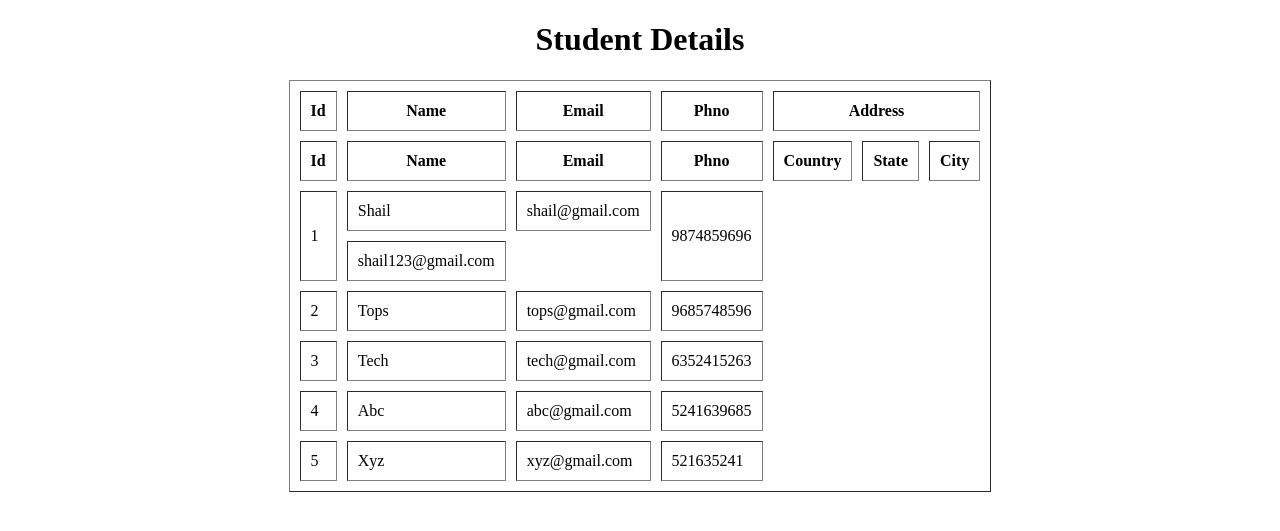
Repository: Chintan-elite/Java_Shail
Page: Learning_web/src/main/webapp/Table.html
The author's editor kept a copy of each file at every save. The page is drawn from the files as they stood at one save, then again after the next save.
The browser window is 1280 px wide. The pictures show the whole page.

Above is the page before, as saved 2023-09-11 11:54:08.

After the next save:
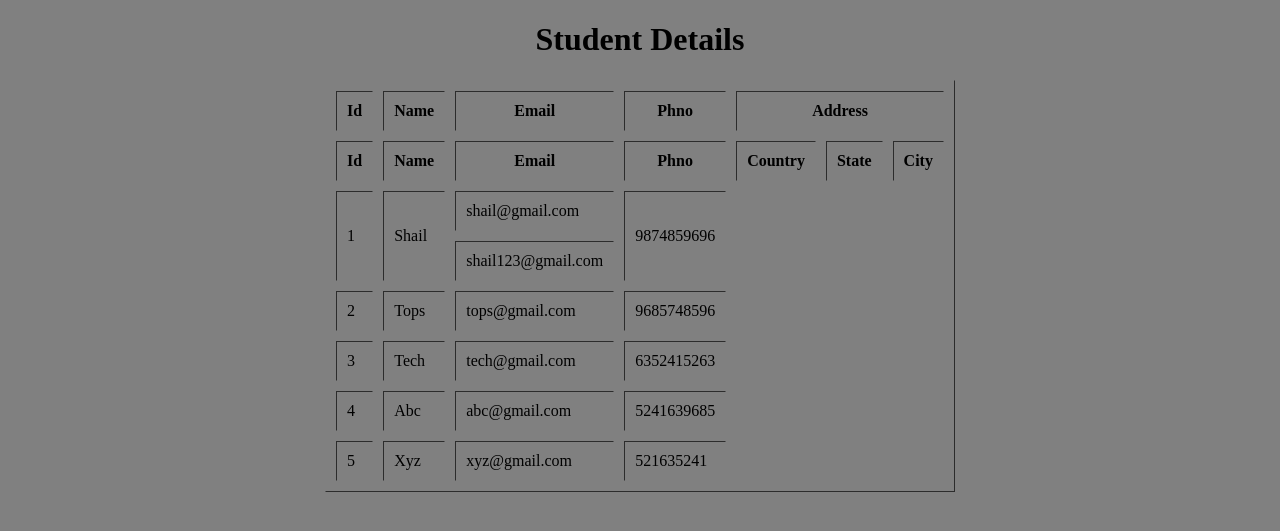
Saved 12 s later.
--- a/Learning_web/src/main/webapp/Table.html
+++ b/Learning_web/src/main/webapp/Table.html
@@ -3,6 +3,8 @@
 <head>
 <meta charset="ISO-8859-1">
 <title>Insert title here</title>
+<link href="style.css" type="text/css" rel="stylesheet" >
+
 </head>
 <body>
 		<h1 align="center">Student Details</h1>
@@ -28,8 +30,8 @@
 
 		<tr>
 			<td rowspan="2">1</td>
-			<td role="2">Shail</td>
-			<td>shail@gmail.com</td>
+			<td rowspan="2">Shail</td>
+			<td >shail@gmail.com</td>
 			<td rowspan="2">9874859696</td>
 		</tr>
 
